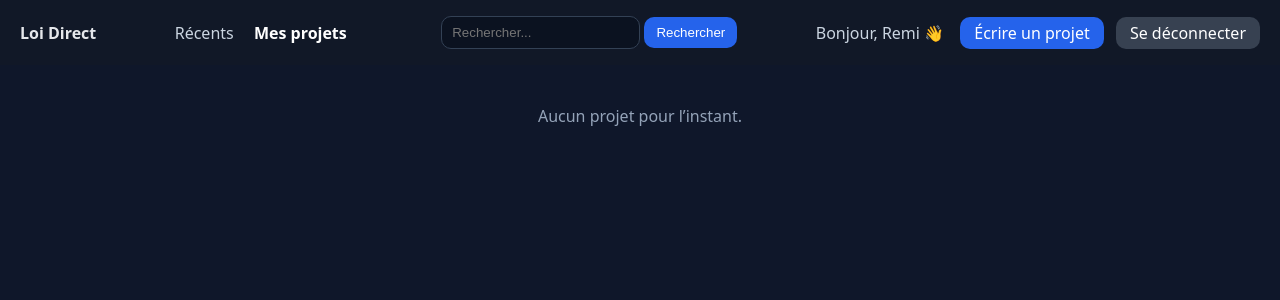
Repository: remi77130/loi-direct
Page: http://localhost/loi/index.php?mine=1
The author's editor kept a copy of each file at every save. The page is drawn from the files as they stood at one save, then again after the next save.
The browser window is 1280 px wide. The pictures show the whole page.
The page is run by PHP 8.4 with error messages shown; the project is at /var/www/html/. The session is filled in as if someone had signed in: {"user_id": 37, "pseudo": "Remi"}. The database holds what the project's SQL file puts in it.

Above is the page before, as saved 2025-09-16 13:25:25.

After the next save:
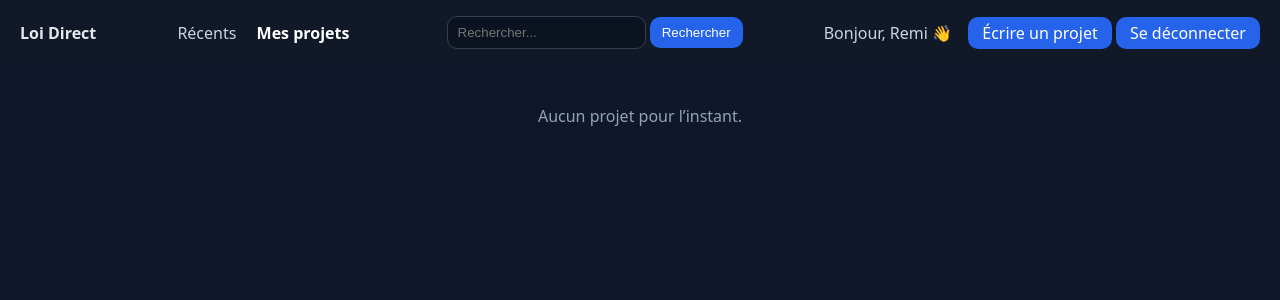
Saved 12 s later.
--- a/index.php
+++ b/index.php
@@ -153,7 +153,7 @@ $totalPages = max(1, (int)ceil($totalRows / $per));
   <div>
     <span style="margin-right:12px;color:#cbd5e1">Bonjour, <?php echo htmlspecialchars($_SESSION['pseudo'],ENT_QUOTES); ?> 👋</span>
     <a class="btn" href="<?= APP_BASE ?>/write.php">Écrire un projet</a>
-    <a class="btn" style="margin-left:8px;background:#374151" href="logout.php">Se déconnecter</a>
+    <a class="btn" ... href="<?= APP_BASE ?>/logout.php">Se déconnecter</a>
   </div>
 </header>
 
